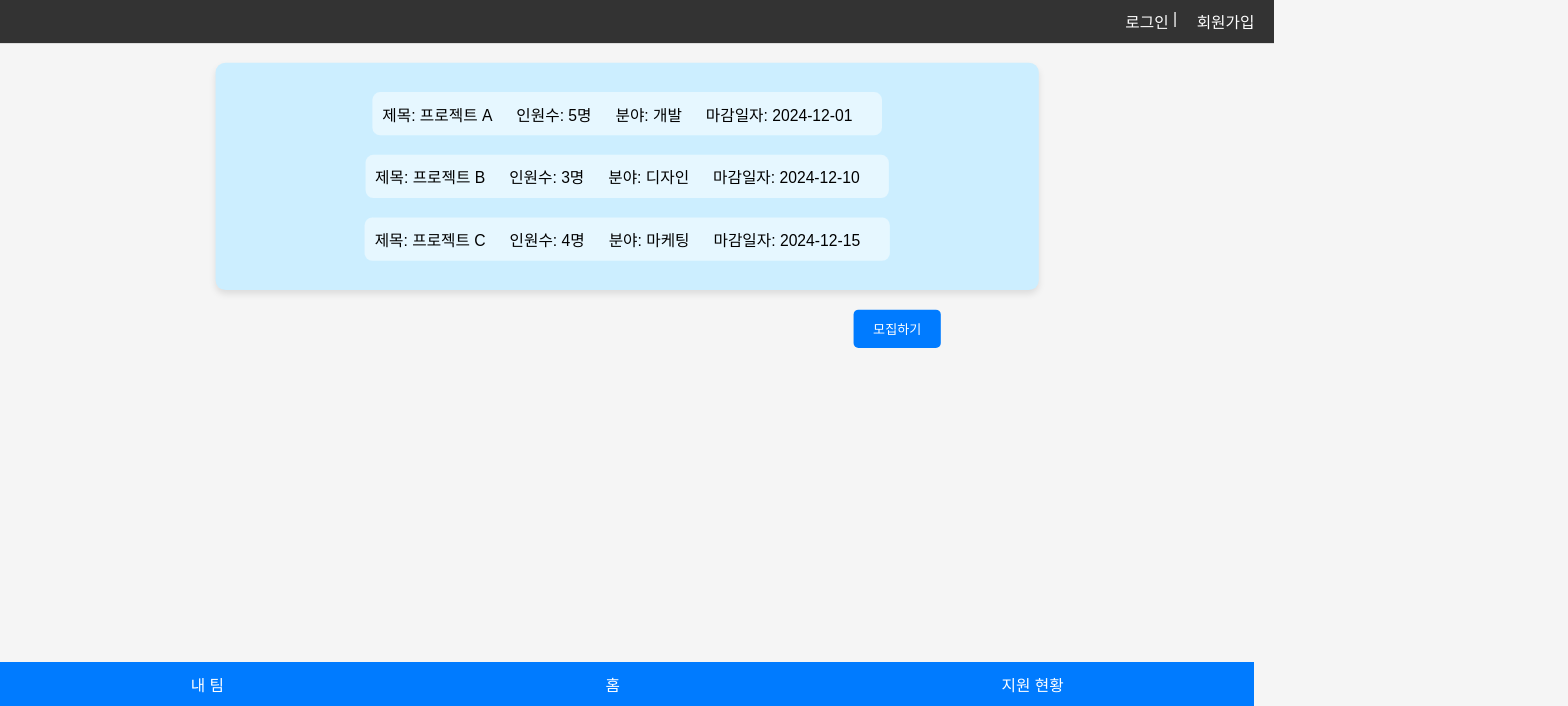
Repository: TUK-WEBSERIVCE/tuk-team-gem
Page: tuk-team-gem/src/main/webapp/main/mainPage.html
An editor plug-in stored every save of this project. The page is shown before and after the next save, followed by the edit.
The browser window is 1280 px wide. The page is 1600 px wide, so the pictures cover 1600 px, including what lies to the right of the window. The pictures show the whole page, at 98% of full size.

Above is the page before, as saved 2024-11-13 12:17:58.

### tuk-team-gem/src/main/webapp/main/mainPage.html
<!DOCTYPE html>
<html lang="ko">
<head>
    <meta charset="UTF-8">
    <meta name="viewport" content="width=device-width, initial-scale=1.0">
    <title>tuk-team-gem</title>
    <style>
        body {
            font-family: Arial, sans-serif;
            margin: 0;
            padding: 0;
            display: flex;
            flex-direction: column;
            align-items: center;
            background-color: #f5f5f5;
        }
        header {
            width: 100%;
            display: flex;
            justify-content: flex-end;
            padding: 10px 20px;
            background-color: #333;
            color: white;
        }
        header a {
            color: white;
            margin-left: 20px;
            text-decoration: none;
        }
        .container {
            background-color: #cceeff;
            width: 80%;
            max-width: 800px;
            margin: 20px auto;
            padding: 20px;
            border-radius: 10px;
            box-shadow: 0 4px 8px rgba(0, 0, 0, 0.1);
        }
        .list-item {
            background-color: #e6f7ff;
            padding: 10px;
            margin: 10px 0;
            border-radius: 8px;
            text-align: center;
        }
        .list-item span {
            display: inline-block;
            margin-right: 20px;
        }
        .list-container {
            display: flex;
            flex-direction: column;
            align-items: center;
        }
        /* 모집하기 버튼을 프레임 밖으로 배치 */
        .button-container {
			width: 100%; /* 화면 전체 너비 사용 */
    		display: flex;
    		justify-content: flex-end; /* 오른쪽으로 정렬 */
		    margin-bottom: 20px;
		    padding-right: 50%; /* 오른쪽 여백 */
        }
        .button-container button {
            padding: 10px 20px;
            background-color: #007bff;
            color: white;
            border: none;
            border-radius: 5px;
            cursor: pointer;
        }
        .button-container button:hover {
            background-color: #0056b3;
        }
        nav {
            width: 100%;
            background-color: #007bff;
            padding: 10px 0;
            position: fixed;
            bottom: 0;
        }
        nav ul {
            list-style-type: none;
            display: flex;
            justify-content: space-around;
            margin: 0;
            padding: 0;
        }
        nav ul li a {
            color: white;
            text-decoration: none;
        }
    </style>
</head>
<body>
    <!-- 우상단 로그인 및 회원가입 -->
    <header>
        <a href="#">로그인</a>
        &nbsp;|
        <a href="#">회원가입</a>
    </header>

    <!-- 중앙 리스트 -->
    <div class="container">
        <div class="list-container">
            <!-- DB에서 불러온 데이터 목록 (샘플 데이터) -->
            <div class="list-item">
                <span>제목: 프로젝트 A</span>
                <span>인원수: 5명</span>
                <span>분야: 개발</span>
                <span>마감일자: 2024-12-01</span>
            </div>
            <div class="list-item">
                <span>제목: 프로젝트 B</span>
                <span>인원수: 3명</span>
                <span>분야: 디자인</span>
                <span>마감일자: 2024-12-10</span>
            </div>
            <div class="list-item">
                <span>제목: 프로젝트 C</span>
                <span>인원수: 4명</span>
                <span>분야: 마케팅</span>
                <span>마감일자: 2024-12-15</span>
            </div>
        </div>
    </div>

    <!-- 모집하기 버튼을 프레임 밖으로 이동 -->
    <div class="button-container">
        <button>모집하기</button>
    </div>

    <!-- 하단 네비게이션 바 -->
    <nav>
        <ul>
            <li><a href="#">내 팀</a></li>
            <li><a href="#">홈</a></li>
            <li><a href="#">지원 현황</a></li>
        </ul>
    </nav>
</body>
</html>

After the next save:
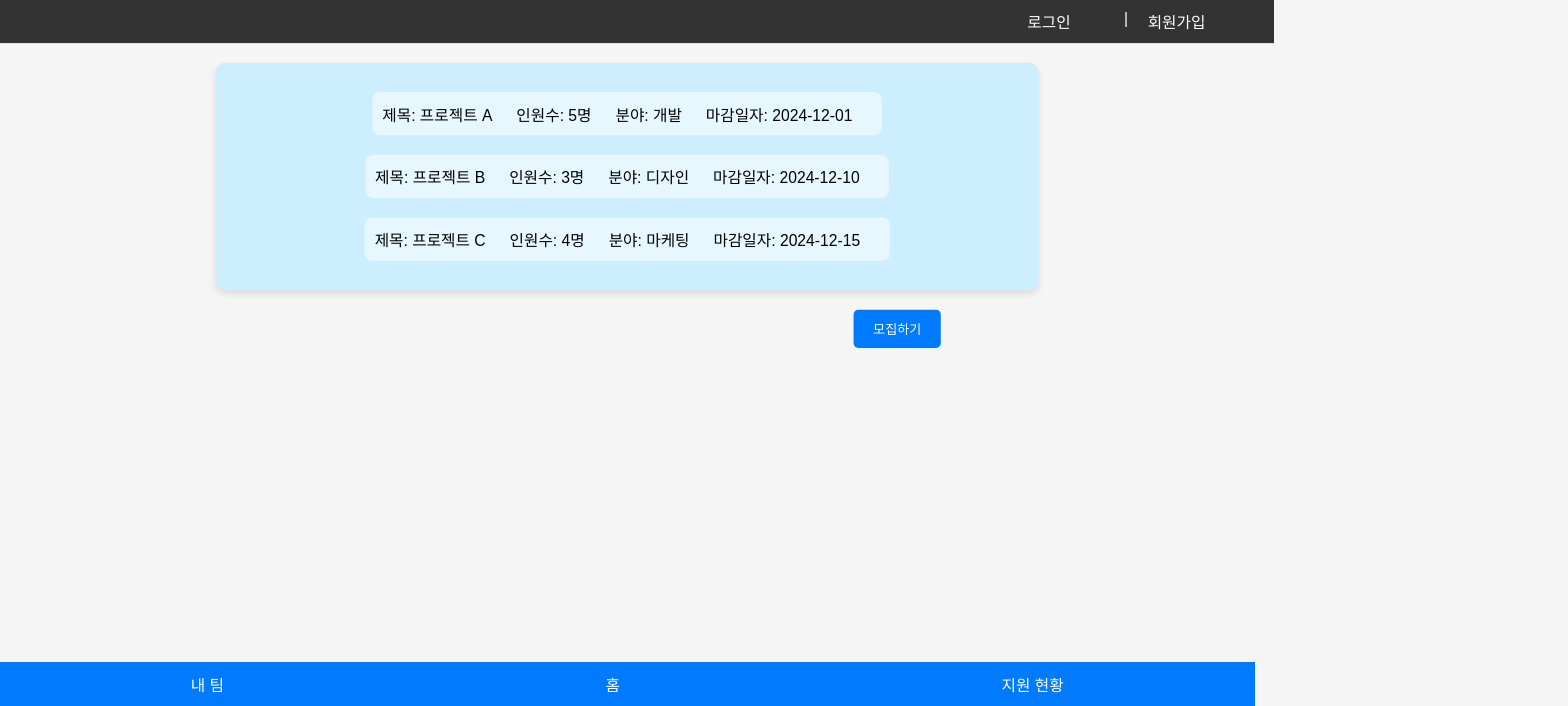
Saved 73 s later.
--- a/tuk-team-gem/src/main/webapp/main/mainPage.html
+++ b/tuk-team-gem/src/main/webapp/main/mainPage.html
@@ -26,6 +26,7 @@
             color: white;
             margin-left: 20px;
             text-decoration: none;
+            margin-right: 50px;
         }
         .container {
             background-color: #cceeff;
